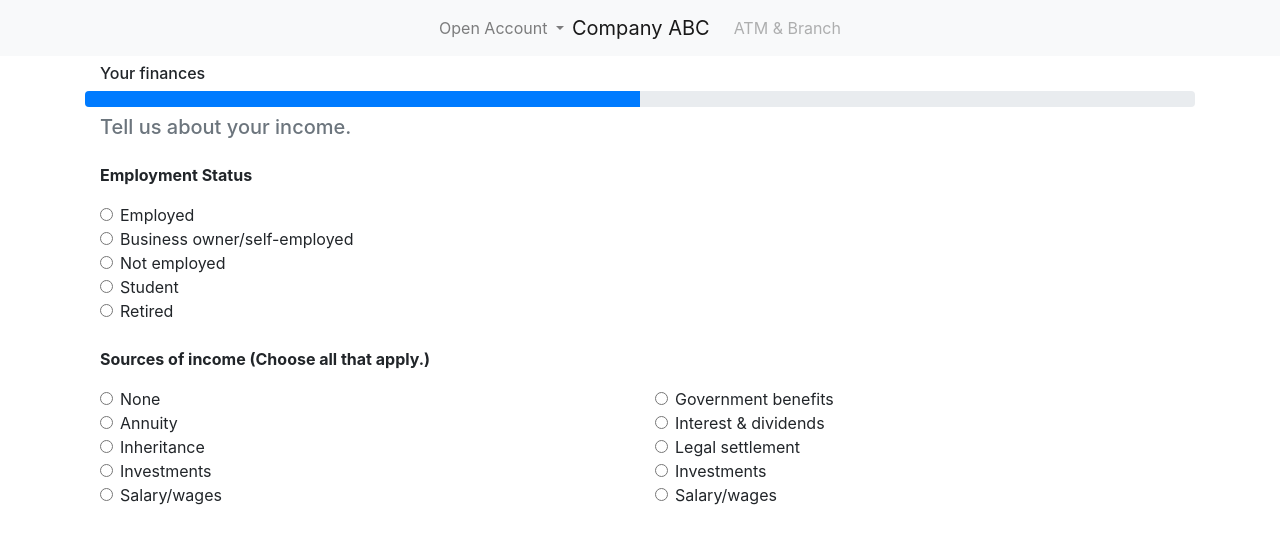
Repository: barriosan95/banking-opening-account-demo
Page: http://localhost/checking/application/customerInfo/finances
The author's editor kept a record of every edit. The page is drawn from the files as they stood at one moment, then again after the next edit.
The browser window is 1280 px wide. The pictures show the whole page.
Some web fonts or font styles are not loaded; a fallback is used. Some web libraries are served in a nearby version. The page is served by the project's Node server (index.js).

Above is the page before.

After the next edit:
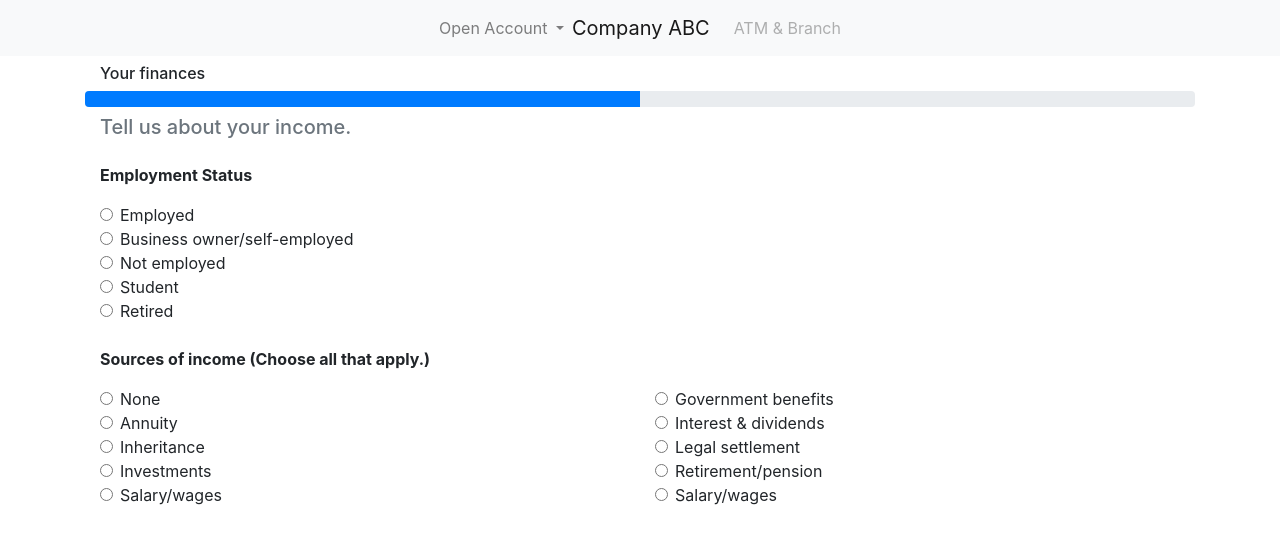
The edit:
--- a/views/finances_app.ejs
+++ b/views/finances_app.ejs
@@ -98,7 +98,7 @@
                     </div>
                     <div class="form-check">
                         <label class="form-check-label">
-                              <input class="form-check-input" type="radio" name="Investments" id="Investments" value="Investments"> Investments
+                              <input class="form-check-input" type="radio" name="Retirement/pension" id="Retirement/pension" value="Retirement/pension"> Retirement/pension
                         </label>
                     </div>
                     <div class="form-check">
